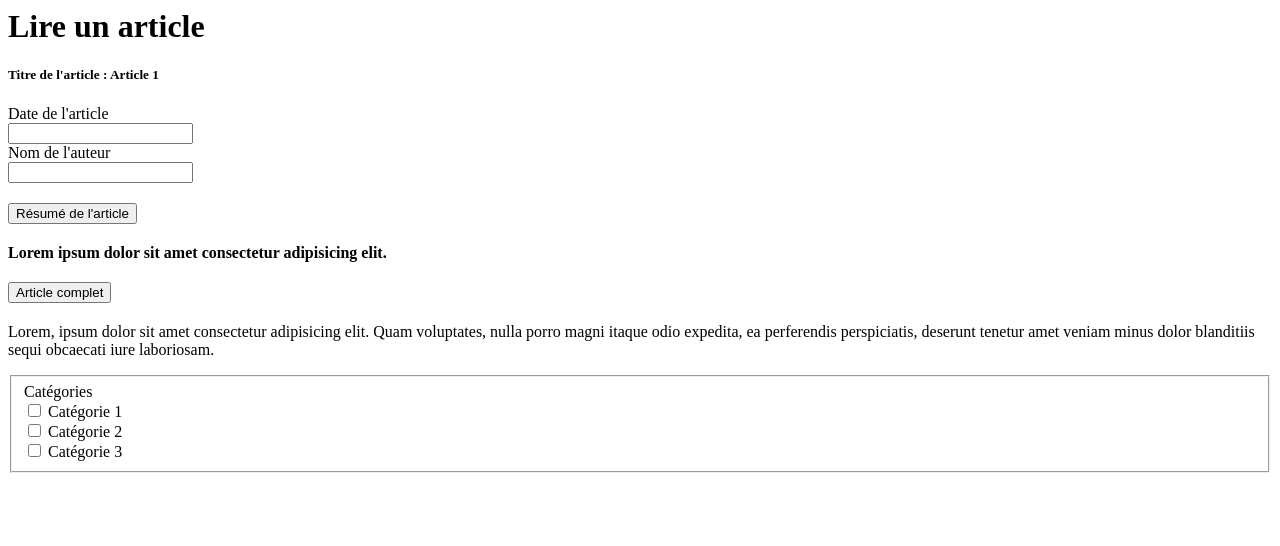
Repository: WebFormP/NewsWeb_PHP
Page: http://localhost/admin/supprimerArticle.php
An editor plug-in stored every save of this project. The page is shown before and after the next save, followed by the edit.
The browser window is 1280 px wide. The pictures show the whole page.
The page is run by PHP 8.4 with error messages shown; the project is at /var/www/html/.

Above is the page before, as saved 2022-01-20 13:58:54.

After the next save:
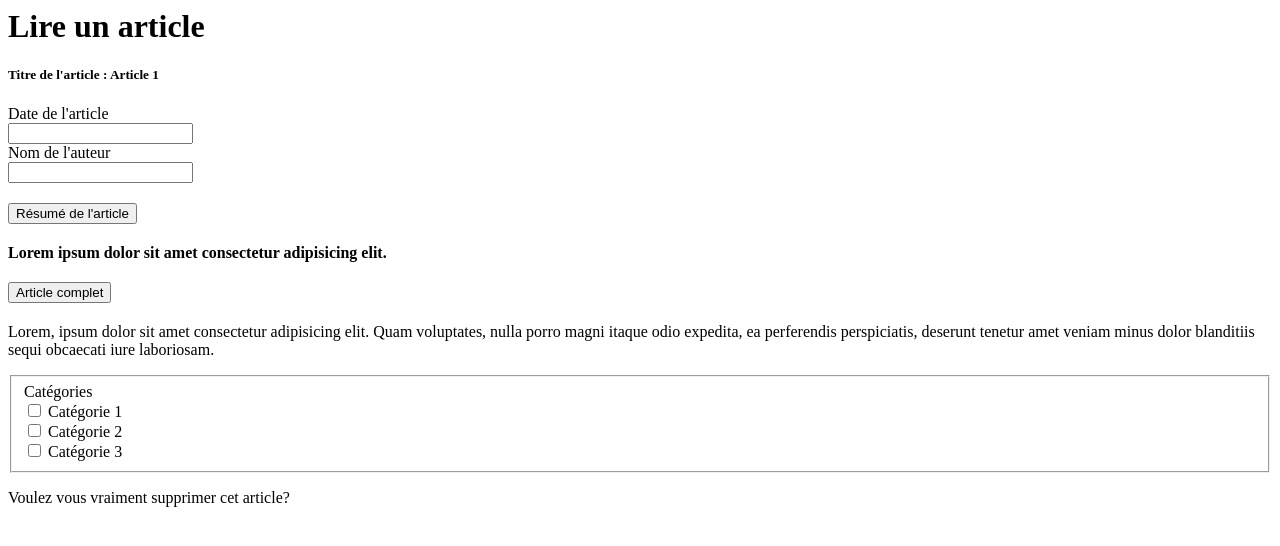
Saved 39 s later.
--- a/admin/supprimerArticle.php
+++ b/admin/supprimerArticle.php
@@ -61,4 +61,7 @@
         </div>
     </fieldset>
 
+    <div>
+        <p>Voulez vous vraiment supprimer cet article?</p>
+    </div>
 </div>
